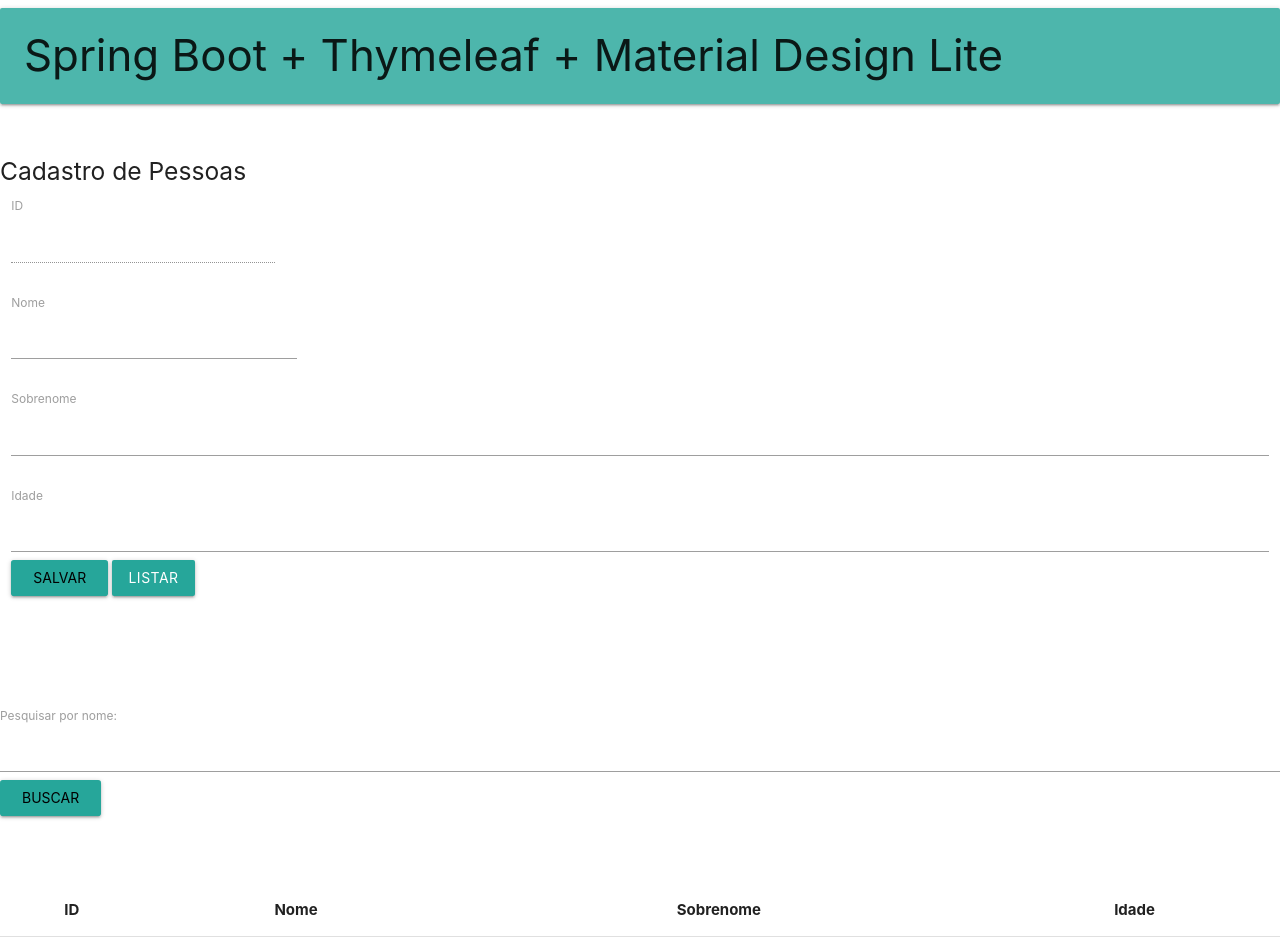
Repository: wendell-comp/Sistema-de-Gestao-de-Pessoas
Page: http://localhost/cadastro/cadastropessoa
An editor plug-in stored every save of this project. The page is shown before and after the next save, followed by the edit.
The browser window is 1280 px wide. The pictures show the whole page.
The page is this project's Thymeleaf template; nobody is signed in. The template is opened directly, without the code that normally fills it, so the values that code supplies are empty.

Above is the page before, as saved 2021-02-09 19:13:01.

### springboot/src/main/resources/templates/cadastro/cadastropessoa.html
<!DOCTYPE html>
<html xmlns="http://www.w3.org/1999/xhtml"
	xmlns:th="http://www.thymeleaf.org">

<head>
<meta charset="UTF-8">
<title>Formulario Java</title>


<link href="https://fonts.googleapis.com/icon?family=Material+Icons"
	rel="stylesheet">
<link type="text/css" rel="stylesheet"
	href="/materialize/css/materialize.css" media="screen,projection" />
<link type="text/css" rel="stylesheet" href="materialize.min.css"
	media="screen,projection" />

</head>
<body>
	<h3 class="card-panel teal lighten-2">Spring Boot + Thymeleaf + Material Design Lite</h3>
	<br />
	<h5>Cadastro de Pessoas</h5>

	<div class="row">
		<form action="salvarpessoa" method="post" th:object="${pessoaobj}" class="col s12">

			<div class="row">
				<div class="input-fiel col 6">
					<label for="id" class="active">ID</label>
					<input name="id" th:field="*{id}" readonly="readonly">
				</div>
			</div>

			<div class="row">
				<div class="input-fiel col 12">
					<label for="nome" class="active">Nome</label>
					<input name="nome" th:field="*{nome}">
				</div>
			</div>

			<div class="row">
			<div class="input-fiel col s12">
				<label >Sobrenome</label>
				<input name="sobrenome" th:field="*{sobrenome}">
				</div>
			</div>

			<div class="row">
				<div class="input-fiel col s12">
					<label for="idade">Idade</label>
					<input name="idade" th:field="*{idade}" id="idade">
					<input class="waves-effect waves-light btn" type="submit" value="Salvar">
					<a href="/listaspessoas" class="waves-effect waves-light btn">Listar</a>
				</div>
			</div>


		</form>
	</div>

	<br />
	<br />
	<br />

	<form action="pesquisarpessoa" method="post">
		<label>Pesquisar por nome: </label> <input name="nomepesquisa">
		<input class="waves-effect waves-light btn" type="submit"
			value="Buscar">
	</form>

	<br />
	<br />
	<br />
	<table class="centered">
		<thead>
			<tr>
				<th>ID</th>
				<th>Nome</th>
				<th>Sobrenome</th>
				<th>Idade</th>
			</tr>
		</thead>
		<tr th:each="pessoa : ${pessoas}">
			<td th:text="${pessoa.id}"></td>
			<td th:text="${pessoa.nome}"></td>
			<td th:text="${pessoa.sobrenome}"></td>
			<td th:text="${pessoa.idade}"></td>
			<td><a
				th:href="@{/editarpessoa/{idpessoa}(idpessoa=${pessoa.id})}">Editar</a></td>
			<td><a
				th:href="@{/removerpessoa/{idpessoa}(idpessoa=${pessoa.id})}">Excluir</a></td>
		</tr>

	</table>



	<script type="text/javascript" src="materialize/js/materialize.js"></script>
	<script type="text/javascript" src="materialize/js/materialize.min.js"></script>
</body>
</html>

Loaded but not shown: springboot/src/main/resources/static/materialize/css/materialize.css (library); springboot/src/main/resources/static/materialize/js/materialize.js (library); springboot/src/main/resources/static/materialize/js/materialize.min.js (library); springboot/src/main/resources/static/materialize/css/materialize.min.css (library)

After the next save:
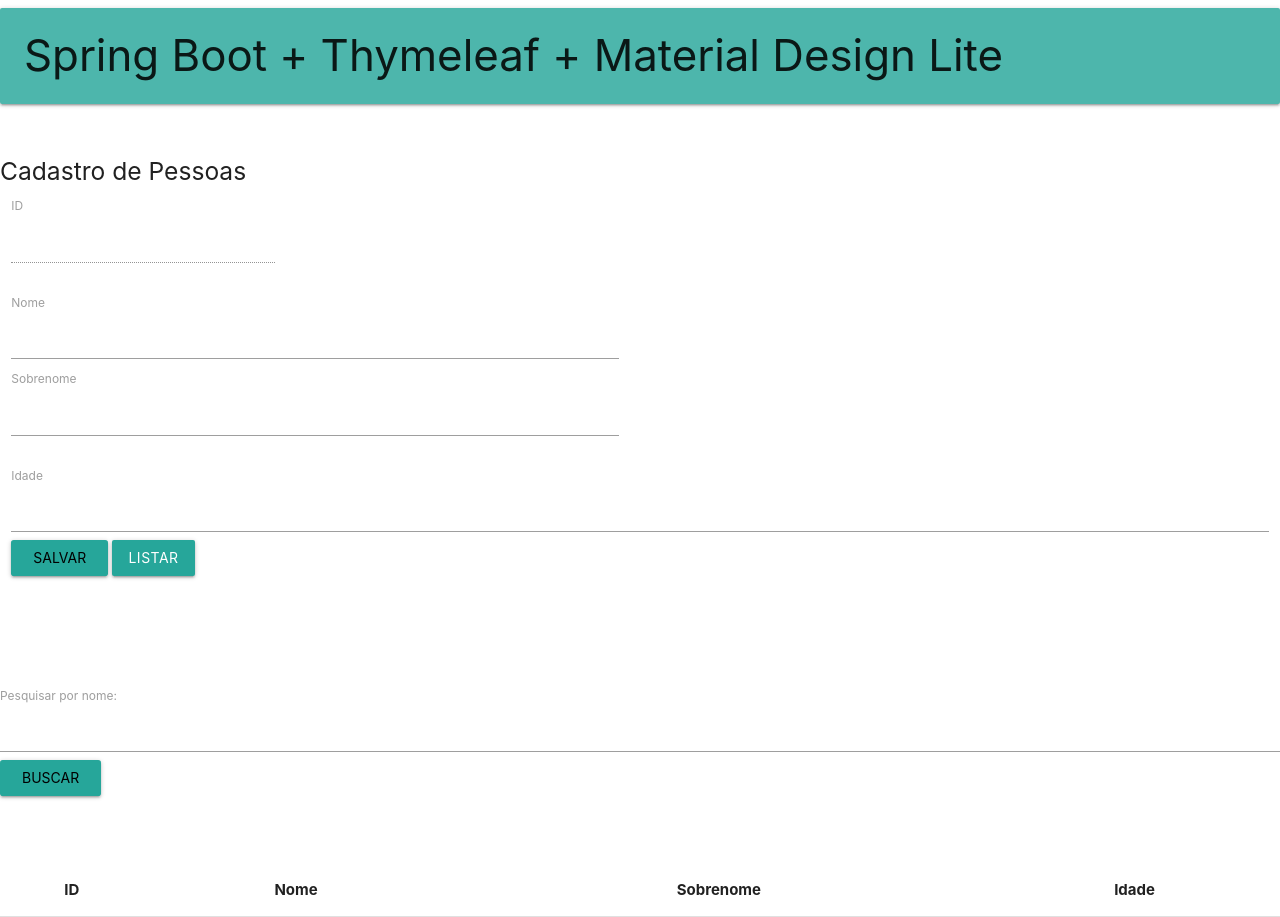
Saved 56 s later.
--- a/springboot/src/main/resources/templates/cadastro/cadastropessoa.html
+++ b/springboot/src/main/resources/templates/cadastro/cadastropessoa.html
@@ -34,11 +34,7 @@
 				<div class="input-fiel col 12">
 					<label for="nome" class="active">Nome</label>
 					<input name="nome" th:field="*{nome}">
-				</div>
-			</div>
 
-			<div class="row">
-			<div class="input-fiel col s12">
 				<label >Sobrenome</label>
 				<input name="sobrenome" th:field="*{sobrenome}">
 				</div>
